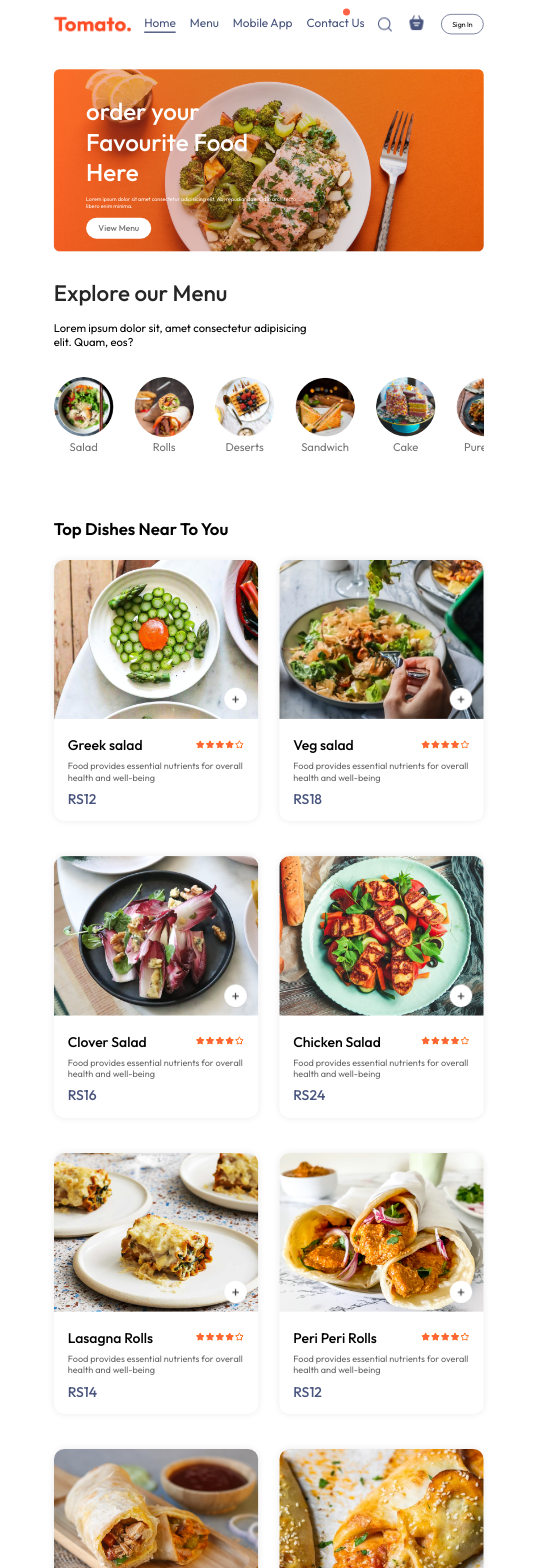
Repository: Attar786/Food-ordering-app
Page: / (app in frontend/)
These files come from the project's save history. The page is drawn as it stood at one moment and after the next save; the edit follows.
The browser window is 768 px wide. The pictures show the part of the page from y = 0 to 2240 px (the page is 8426 px tall before and 8431 px after), at 70% of full size.
The project was rebuilt for these pictures with package versions that can differ from the ones it lists, and the page was loaded fresh each time. Also part of the build but not shown: frontend/vite.config.js, frontend/src/pages/Cart/Cart.css, frontend/src/pages/Cart/Cart.jsx, frontend/src/pages/PlaceOrder/PlaceOrder.css, frontend/src/pages/PlaceOrder/PlaceOrder.jsx.

Above is the page before, as saved 2024-07-29 14:48:01.

### frontend/src/main.jsx
import ReactDOM from 'react-dom/client'
import App from './App.jsx'
import './index.css'
import {BrowserRouter} from 'react-router-dom'
import StoreContextProvider from './context/StoreContext.jsx'
ReactDOM.createRoot(document.getElementById('root')).render(
<BrowserRouter>

<StoreContextProvider>
<App />
</StoreContextProvider>

    </BrowserRouter>
)

### frontend/src/App.jsx
import './index.css'
import Navbar from "./components/Navbar/Navbar"
import Home from './pages/Home/Home'
import Cart from './pages/Cart/Cart'
import PlaceOrder from './pages/PlaceOrder/PlaceOrder'
import { Route, Routes } from 'react-router-dom'
import Footer from './components/Footer/Footer'


function App() {

  return (
    <>

  <div className='app'>
  <Navbar/>
<Routes>
<Route path='/' element={<Home/>}/>
<Route path='/cart' element={<Cart/>}/>
<Route path='/order' element={<PlaceOrder/>}/>

</Routes>
  </div>
  <Footer/>
    </>
  )
}

export default App

### frontend/src/index.css
@import url('https://fonts.googleapis.com/css2?family=Outfit:wght@100..900&display=swap');


*{
margin: 0;
padding: 0;
 box-sizing: border-box;
 font-family: outfit;
}
body{
height: 100vh;
}
a{
text-decoration: none;
color : inherit;
}
.app{
    width: 80%;
    margin: auto;
}
@keyframes fadeIn{
    0%{
        opacity: 0;
    }
    100%{
        opacity: 1;
    }
}

### frontend/src/context/StoreContext.jsx
import './StoreContext.css';
import { createContext, useEffect, useState } from 'react';
import { food_list } from '../assets/assets'; // Ensure this path is correct and food_list is correctly exported

export const StoreContext = createContext(null);

const StoreContextProvider = (props) => {
  const [cartItems, setCartItems] = useState({});

  const addToCart = (itemId) => {
    if (!cartItems[itemId]) {
      setCartItems((prev) => ({ ...prev, [itemId]: 1 }));
    } else {
      setCartItems((prev) => ({ ...prev, [itemId]: prev[itemId] + 1 }));
    }
  };

  const removeFromCart = (itemId) => {
    setCartItems((prev) => {
      const newCount = prev[itemId] - 1;
      if (newCount <= 0) {
        const { [itemId]: _, ...rest } = prev;
        return rest;
      } else {
        return { ...prev, [itemId]: newCount };
      }
    });
  };

  useEffect(() => {
    console.log(cartItems);
  }, [cartItems]);

  const contextValue = {
    food_list,
    cartItems,
    setCartItems,
    addToCart,
    removeFromCart,
  };

  return (
    <StoreContext.Provider value={contextValue}>
      {props.children}
    </StoreContext.Provider>
  );
};

export default StoreContextProvider;

### frontend/src/components/Navbar/Navbar.jsx
import { useState } from 'react';
import './Navbar.css';
import { assets } from '../../assets/assets';

const Navbar = () => {
  const [menu, setMenu] = useState("home");

  const handleMenuClick = (menuItem) => {
    setMenu(menuItem);
  };

  return (
    <div className="Navbar">
      <img src={assets.logo} alt="Logo" className="logo" />
      <ul className="navbar-menu">
        <li onClick={() => handleMenuClick("home")} className={menu === "home" ? "active" : ""}>Home</li>
        <li onClick={() => handleMenuClick("menu")} className={menu === "menu" ? "active" : ""}>Menu</li>
        <li onClick={() => handleMenuClick("mobile-app")} className={menu === "mobile-app" ? "active" : ""}>Mobile App</li>
        <li onClick={() => handleMenuClick("contact-us")} className={menu === "contact-us" ? "active" : ""}>Contact Us</li>
      </ul>
      <div className="navbar-right">
        <img src={assets.search_icon} alt="search-icon" />
        <div>
          <img src={assets.basket_icon} alt="icons" />
          <div className="dot"></div>
        </div>
        <button>Sign In</button>
      </div>
    </div>
  );
}

export default Navbar;

### frontend/src/pages/Home/Home.jsx
import {useState} from 'react'
import Header from '../../components/Header/Header'
import ExploreMenu from '../../components/ExploreMenu/ExploreMenu'
import './Home.css'
import FoodDisplay from '../../components/FoodDisplay/FoodDisplay'
import AppDownload from '../../components/AppDownload/AppDownload'

const Home = () => {
    const [category , setCategory ] = useState('All')
  return (
    <>
<Header/>
<ExploreMenu category={category} setCategory={setCategory}/>
<FoodDisplay category={category} />
<AppDownload/>

</>
)
}

export default Home

### frontend/src/components/Footer/Footer.jsx
import "./Footer.css"
import { assets } from "../../assets/assets"
const Footer = () => {
  return (
    <div className="footer" id="footer">
<div className="footer-content">
    <div className="footer-content-left">
        <img src={assets.logo} alt="fsf" />
    <p>  Lorem ipsum dolor icta fugit magnam temporibus aperiam autem sit optio blanditiis similique distinctio minima quia commodi consequuntur. Lorem ipsum dolor sit consectetur adipisicing elit. Iste, ex.</p>
    <div className="footer-social-icons">
        <img src={assets.facebook_icon} alt="" />
        <img src={assets.twitter_icon} alt="" />
        <img src={assets.linkedin_icon} alt="" />
    </div>

    </div>
    <div className="footer-content-center">
    <h1>Company</h1>
        <ul>
        <li>Home</li>
        <li>AboutUs</li>
        <li>Delivery</li>
        <li>Privacy Policy</li>
        </ul>
    </div>
    <div className="footer-content-right">
        <h2>Get In Touch</h2>
        <ul>
            <li>
                +923333333333
            </li>
            <li>
                contact@gmail.com
            </li>
        </ul>
    </div>
</div>
<hr/>
<p className="footer-copyright">
copyright 2024 All right restricted
</p>

    </div>
  )
}

export default Footer

### frontend/src/components/Navbar/Navbar.css
.Navbar{
    padding: 20px 0;
    display: flex;
    justify-content: space-between;
    align-items: center;
}
.Navbar .logo{
    width: 150px;
}
.navbar-menu{
    display: flex;
    list-style: none;
    gap: 20px;
    font: 18px;
    color: #49557e;
    cursor: pointer;
}
.navbar-right{
    display: flex;
    align-items: center;
    gap: 25px;

}
.Navbar button{
    font-size: 15px;
    border: 1px solid #49557e;
    background: transparent;
    padding: 10px 25px;
    cursor: pointer;
    border-radius: 40px;
    transition: 0.3s;
}
.Navbar button:hover{
    background-color: #fff4f2;
}
.Navbar .navbar-menu .active{
    padding-bottom: 2px;
    border-bottom: 2px solid #49557e;

}
.search-icon{
    position: relative;
}
/* .search-icon .dot{ */
    /* position: absolute;
    top: -5px;
    right: -5px;
    width: 10px;
    height: 10px;
    background-color: blue;
    border-radius: 50%;
} */
.dot {
    position: absolute;
    top: 12px; /* Adjust as needed */
    right: 268px; /* Adjust as needed */
    width: 10px;
    height: 10px;
    background-color: tomato;
    border-radius: 50%;}
    @media (max-width: 1050px)
    {
        .Navbar .logo{
            width: 140px;
        }
        .navbar-menu{
            gap: 20px;
            font-size: 17px;
        }
        .nav-right {
            gap: 30px;
        };
        .navbar-right img{
            width: 22px;
        }
        .navbar-right button{
            padding: 8px 25px;
        };

    }

    @media (max-width: 900px)
    {
        .Navbar .logo{
            width: 110px;
        }
        .Navbar-menu{
            gap: 15px;
            font-size: 16px;
        }
        .Nav-right {
            gap: 20px;
        }
        .navbar-right img{
            width: 20px;
        }
        .navbar-right button{
            padding: 7px 15px;
            font-size: 10px;
        }
    }

    @media (max-width: 750px)
    {

        .navbar-menu{
            display: none;;
        }
    }

### frontend/src/components/Header/Header.jsx
import "./Header.css";
const Header = () => {
  return (
    <div className="header">
      <div className="header-contents">
        <h2>order your Favourite Food Here</h2>
        <p>
          Lorem ipsum dolor sit amet consectetur adipisicing elit. Ab,
          repudiandae. Odio architecto libero enim minima.
        </p>
        <button>View Menu</button>
      </div>
    </div>
  );
};

export default Header;

### frontend/src/components/ExploreMenu/ExploreMenu.jsx
import './ExploreMenu.css'
import { menu_list } from '../../assets/assets';
import PropTypes from 'prop-types'
const ExploreMenu = ({ category, setCategory }) => {
  return (
    <div className='explore-menu' id='explore-menu'>
      <h1 className='explore-menu-title'>Explore our Menu</h1>
      <p className='explore-menu-text'>Lorem ipsum dolor sit, amet consectetur adipisicing elit. Quam, eos?</p>
      <div className='explore-menu-list'>
        {menu_list.map((item, index) => {
          return (
            <div onClick={() => setCategory(prev => prev === item.menu_name ? "All" : item.menu_name)} key={index} className='explore-menu-list-item'>
              <img className={category === item.menu_name ? "active" : ""} src={item.menu_image} alt="" />
              <p>{item.menu_name}</p>
            </div>
          )
        })}
      </div>
      <hr />
    </div>
  )
}
    ExploreMenu.propTypes = {
    category: PropTypes.string.isRequired,
    setCategory: PropTypes.func.isRequired,
  };

export default ExploreMenu;

### frontend/src/components/FoodDisplay/FoodDisplay.jsx
import { useContext } from 'react';
import './FoodDisplay.css';
import { StoreContext } from '../../context/StoreContext';
import FoodItem from '../FoodItem/FoodItem';

const FoodDisplay = ({ category }) => {
  const { food_list = [] } = useContext(StoreContext); // Provide a default value

  if (!food_list.length) {
    return <div>Loading...</div>; // Handle loading state or error
  }

  return (
    <div className='food-display' id='food-display'>
      <h2>Top Dishes Near To You</h2>
      <div className='food-display-list'>
        {food_list
          .filter(item => category === "All" || category === item.category)
          .map((item, index) => (
            <FoodItem
              key={index}
              id={item._id}
              name={item.name}
              description={item.description}
              price={item.price}
              image={item.image}
            />
          ))}
      </div>
    </div>
  );
};

export default FoodDisplay;

### frontend/src/components/AppDownload/AppDownload.jsx
import { assets } from "../../assets/assets"
import "./AppDownload.css"
const AppDownload = () => {
  return (
    <div className="app-download" id="app-download">
      <p>Fore Better Experience<br />Download our app</p>
    <div className="app-download-platforms">
        <img src={assets.play_store} alt="" />
        <img src={assets.app_store} alt="" />
    </div>


    </div>
  )
}

export default AppDownload

### frontend/src/components/Footer/Footer.css
.footer {
    color: #d9d9d9;
    background-color: hsl(0, 0%, 20%);
    display: flex;
    flex-direction: column;
    align-items: center;
    gap: 20px;
    padding: 30px 8vw; /* Fixed padding syntax */
    padding-top: 40px;
    margin-top: 100px;
}

.footer-content {
    width: 100%;
    display: grid;
    grid-template-columns: 2fr 1fr 1fr;
    gap: 80px;
}

.footer-content-left, .footer-content-center, .footer-content-right {
    display: flex;
    flex-direction: column;
    align-items: start;
    gap: 20px;
}

.footer-content-left li, .footer-content-center li, .footer-content-right li {
    list-style: none;
    cursor: pointer;
}
.footer-content-center h2, .footer-content-right h2 {
    color: white;
}
.footer-social-icons img {
width: 40px;
margin: 15px;
}
.footer hr{
    width: 100%;
    height: 2px;
    margin: 20px 0;
    background-color : gray;
    border: none;
}

### frontend/src/components/Header/Header.css
.header{
    height: 35vw;
    margin: 30px auto;
    background: url('/header_img.png') no-repeat;
    background-size: contain;
    position: relative;
}
.header-contents{
position: absolute;
display: flex;
flex-direction: column;
align-items: start;
gap: 1.5vw;
max-width: 50%;
bottom: 10%;
left: 6vw;
animation: fadeIn 3s;
}

.header-contents h2{
    font-weight: 500;
    color: white;
    font-size: max(4.5vw, 22px);
}
.header-contents p{
    color: white;
    font-size: 1vw;

}
.header-contents button{
    font-weight: 500;
    color: #747474;
    border: none;
    padding: 1vw 2.3vw;
    background-color: white;
    border-radius: 50px;
    font-size: max(1vw,12px);


}

### frontend/src/components/ExploreMenu/ExploreMenu.css
.explore-menu{
    display: flex;
    flex-direction: column;
    gap: 20px;
}
.explore-menu h1{
    color: #262626;
    font-weight: 500;
}
.explore-menu-text{
    max-width: 60%;
    columns: #808080;
}
.explore-menu-list {
    display: flex;
    justify-content: space-between;
    align-items:center;
    gap: 30px;
    text-align: center;
    margin: 20px 0px;
    overflow: scroll;
}
.explore-menu-list::-webkit-scrollbar{
    display: none;
}
.explore-menu-list-item img{
    width: 7.5vw;
    min-width: 85px;
    cursor: pointer;
    border-radius: 50%;
    transition: 0.3s;
}

.explore-menu-list-item p{
    cursor: pointer;
    color: #747474;
    font-size: max(1.4vw, 16px)
}
.explore-menu hr{
    margin: 10px 0px;
    height: 2px;
    color: #e2e2e2;
    border: none;
}
.explore-menu-list-item .active{
    border:3px solid tomato;
    padding: 2px;
}

### frontend/src/components/FoodDisplay/FoodDisplay.css
.food-display{
    margin-top: 30px;
}
.food-display h2{
    font-size: max(2vw, 24px);
    font-weight: 600;
}
.food-display-list{
    display: grid;
    grid-template-columns: repeat(auto-fill,minmax(240px,1fr));
    margin-top: 30px;
    gap: 30px;
    row-gap: 50px;
}

### frontend/src/components/FoodItem/FoodItem.jsx
import './FoodItem.css';
import { assets } from '../../assets/assets';
import { useContext } from 'react';
import { StoreContext } from '../../context/StoreContext';

const FoodItem = ({ id, name, price, description, image }) => {
  const { cartItems, addToCart, removeFromCart } = useContext(StoreContext);

  return (
    <div className='food-item'>
      <div className='food-item-img-container'>
        <img className='food-item-image' src={image} alt={name} />
        {
          !cartItems[id]
            ? <img className='add' onClick={() => addToCart(id)} src={assets.add_icon_white} alt="" />
            : <div className='food-item-counter'>
                <img onClick={() => removeFromCart(id)} src={assets.remove_icon_red} alt="" />
                <p>{cartItems[id]}</p>
                <img onClick={() => addToCart(id)} src={assets.add_icon_green} alt="" />
              </div>
        }
      </div>
      <div className='food-item-info'>
        <div className='food-item-name-rating'>
          <p>{name}</p>
          <img src={assets.rating_starts} alt="Rating" />
        </div>
        <p className='food-item-description'>
          {description}
        </p>
        <p className='food-item-price'>RS{price}</p>
      </div>
    </div>
  );
};

export default FoodItem;

### frontend/src/components/AppDownload/AppDownload.css
.app-download{
    margin: auto auto;
    margin-top: 100px;
    font-size: max(3vw, 15px);
    text-align: center;
    font-weight: 500;
}
.app-download-platforms
{
display: flex;
justify-content: center;
gap: max(2vw, 10px);
margin-top: 40px;

}
.app-download-platforms img{
    cursor: pointer;
    width: 150px;
}
.app-download-platforms img:hover{
   transform: scale(1.05);
   transition: 2s ease-in-out;
}

### frontend/src/components/FoodItem/FoodItem.css
.food-item{
    width: 100%;
    border-radius: 15px;
    box-shadow: 0px 0px 10px #00000015;
    transition: 0.3s;
    animation: fadeIn 1s;
}
.food-item-image{
    width: 100%;
    border-radius : 15px 15px 0px 0px;
}

.food-item-info{
    padding: 20px;
}
.food-item-name-rating{
    display: flex;
    justify-content: space-between;
    align-items: center;
    margin-bottom: 10px;
}
.food-item-name-rating p{
    font-size: 20px;
    font-weight: 500;

}
.food-item-name-rating img {
    width: 70px;

}
.food-item-description{
    color: #676767;
    font-size: 13px;
}
.food-item-price{
    margin-top: 10px;
    color: #49557e;
    font-size: 20px;
    font-weight: 500;
}
.food-item-img-container{
    position: relative;
}

.food-item-img-container .add{
    width: 35px;
    position:absolute;
    bottom: 15px;
    right: 15px;
    cursor: pointer;
    border-radius: 50%;
}
.food-item-counter{
    position: absolute;
    bottom: 15px;
    right: 15px;
    background-color: white;
    display: flex;
    align-items: center;
    gap: 10px;
    cursor: pointer;
    padding: 6px;
    border-radius:50px;

}
.food-item-counter img{
    width: 30px;
}

Loaded but not shown: frontend/index.html (common file); frontend/src/assets/assets.js (350 lines, source omitted); frontend/src/context/StoreContext.css (no stored copy; drawn as an empty file); frontend/src/pages/Home/Home.css (no stored copy; drawn as an empty file)

After the next save:
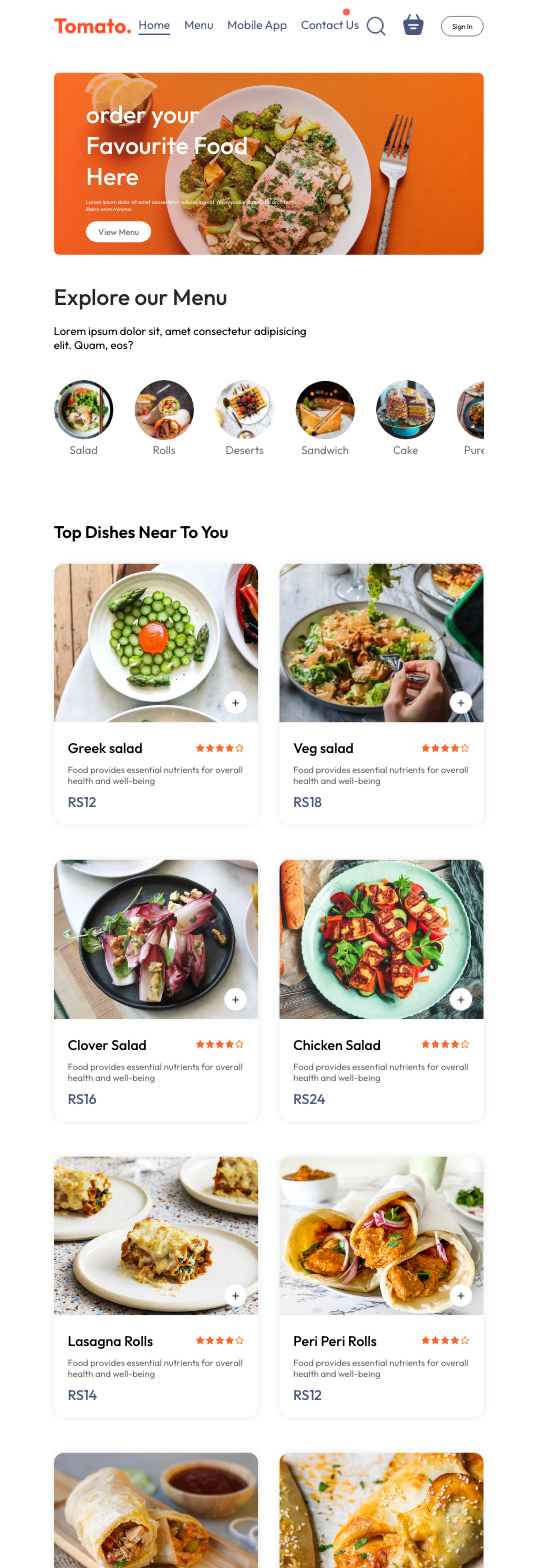
Saved 6 s later.
--- a/frontend/src/components/Navbar/Navbar.css
+++ b/frontend/src/components/Navbar/Navbar.css
@@ -91,7 +91,7 @@
         .Nav-right {
             gap: 20px;
         }
-        .navbar-right img{
+        .Navbar-right img{
             width: 20px;
         }
         .navbar-right button{
